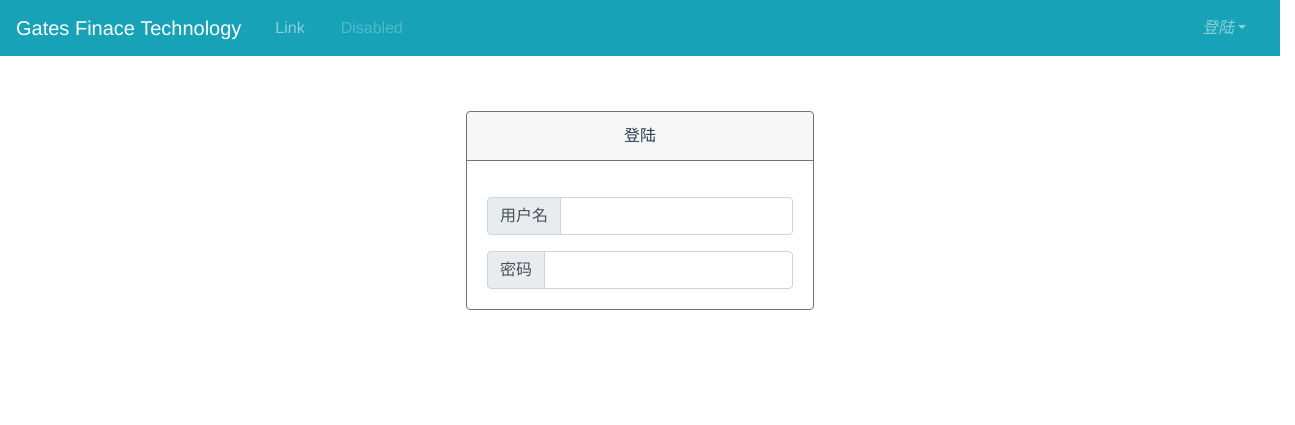
Repository: sqsssq/GatesFinace
Page: /login (app in webview/)
These files come from the project's save history. The page is drawn as it stood at one moment and after the next save; the edit follows.
The browser window is 1280 px wide. The page is 1295 px wide, so the pictures cover 1295 px, including what lies to the right of the window. The pictures show the whole page.
The project was rebuilt for these pictures with package versions that can differ from the ones it lists, and the page was loaded fresh each time. Also part of the build but not shown: webview/src/components/HelloWorld.vue, webview/src/views/Home.vue, webview/src/components/gatesCarousel.vue, webview/src/views/main.vue.

Above is the page before, as saved 2020-11-03 16:58:05.

After the next save:
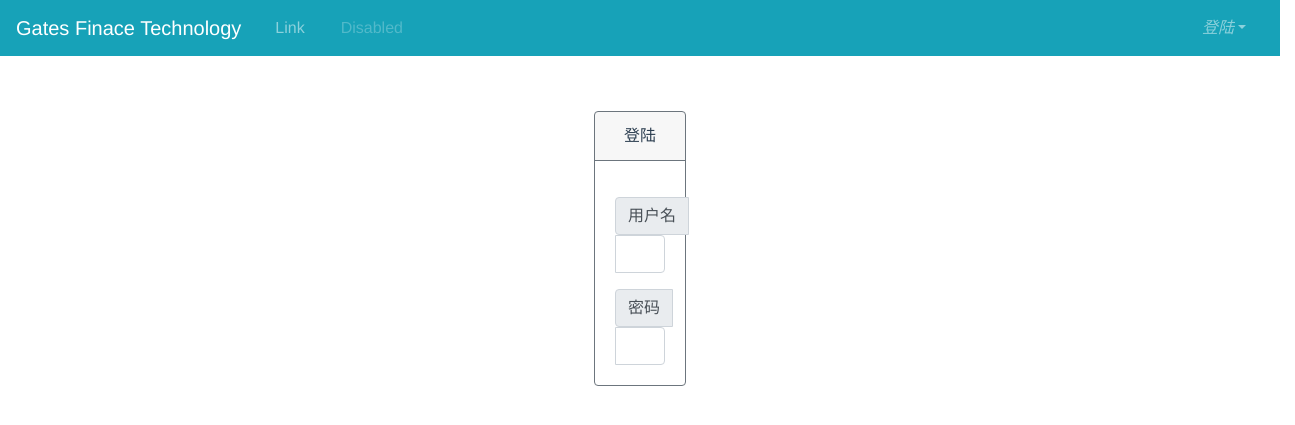
Saved 27 s later.
--- a/webview/src/components/gatesLogin.vue
+++ b/webview/src/components/gatesLogin.vue
@@ -18,12 +18,14 @@
       <b-input-group
         prepend="用户名"
         class="mt-3"
+        style="width: 50px;"
       >
         <b-form-input></b-form-input>
       </b-input-group>
       <b-input-group
         prepend="密码"
         class="mt-3"
+        style="width: 50px;"
       >
         <b-form-input></b-form-input>
       </b-input-group>

After the save that followed:
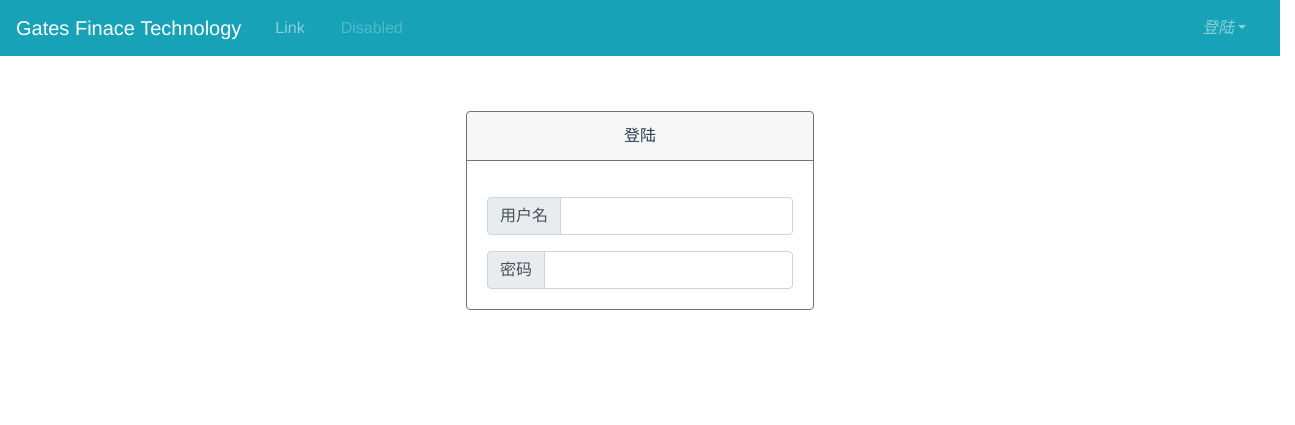
Saved 19 s later.
--- a/webview/src/components/gatesLogin.vue
+++ b/webview/src/components/gatesLogin.vue
@@ -18,14 +18,12 @@
       <b-input-group
         prepend="用户名"
         class="mt-3"
-        style="width: 50px;"
       >
         <b-form-input></b-form-input>
       </b-input-group>
       <b-input-group
         prepend="密码"
         class="mt-3"
-        style="width: 50px;"
       >
         <b-form-input></b-form-input>
       </b-input-group>
